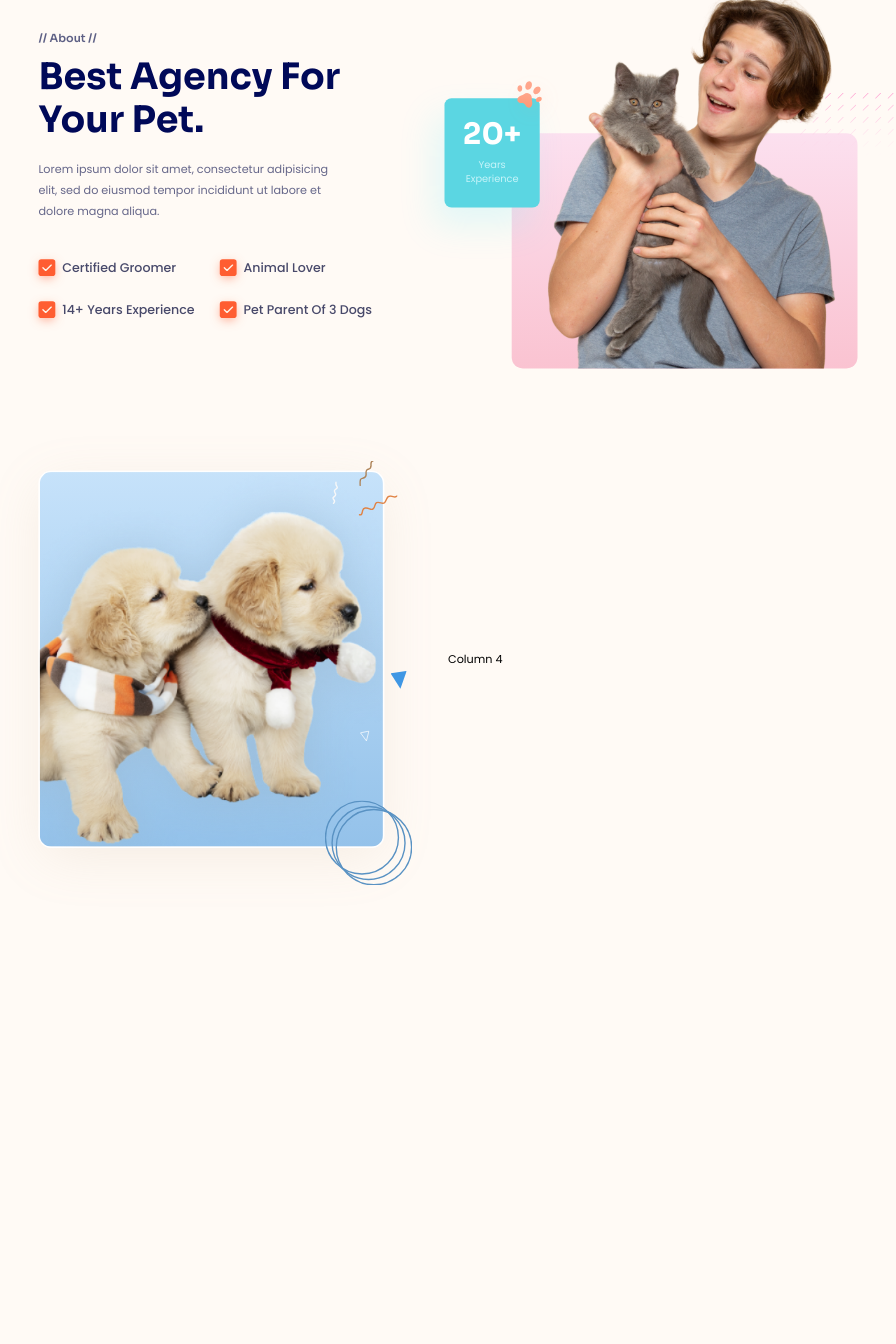
Repository: empty24062002/f8-project-05
Page: index.html
These files come from the project's save history. The page is drawn as it stood at one moment and after the next save; the edit follows.
The browser window is 1280 px wide. The pictures show the part of the page from y = 929 to 2849 px (the page is 10896 px tall), at 70% of full size.

Above is the page before, as saved 2023-09-11 11:17:41.

After the next save:
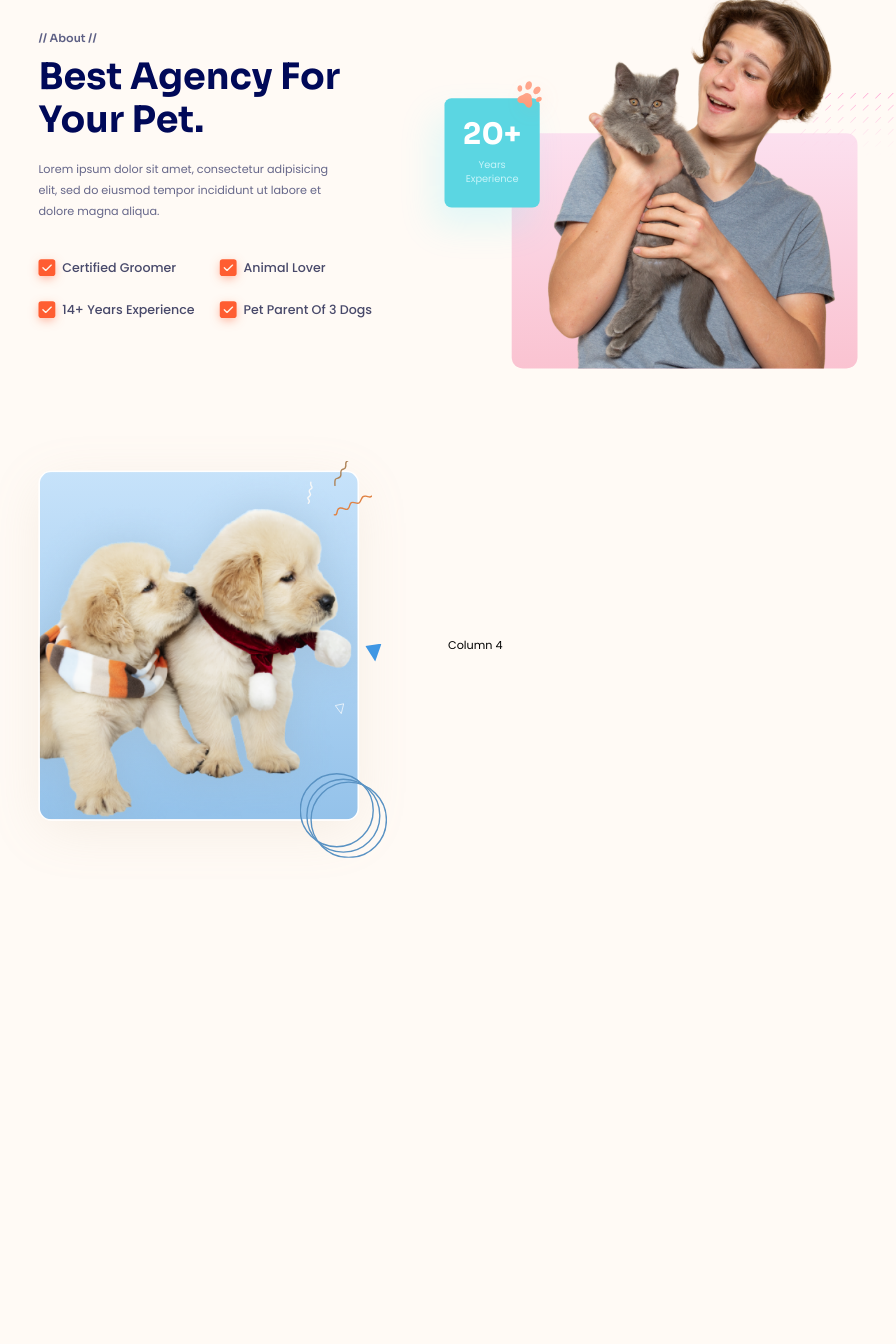
Saved 4 min 12 s later.
--- a/assets/css/styles.css
+++ b/assets/css/styles.css
@@ -425,6 +425,7 @@ a {
 }
 
 .about__img-wrap-bottom {
+    width: 458px;
     margin-left: 0;
     border-radius: 18px;
     border: 2px solid #fff;
